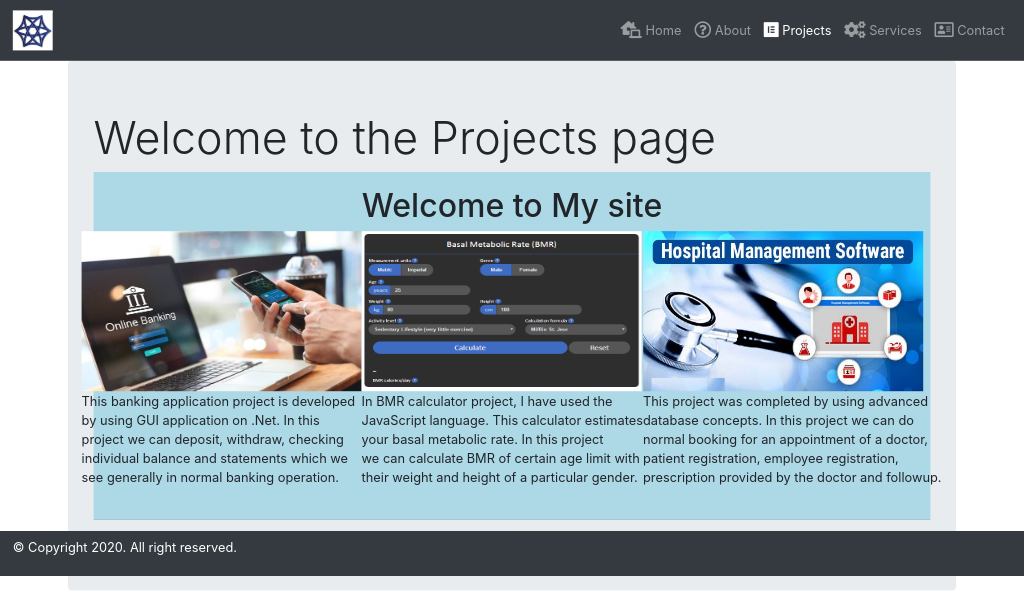
Repository: laxmangothe2020/COMP229Assignment
Page: http://localhost/projects
The author's editor kept a copy of each file at every save. The page is drawn from the files as they stood at one save, then again after the next save.
The browser window is 1280 px wide. The pictures show the whole page, at 80% of full size.
The page is served by the project's Node server (server.js). Other server files are loaded and not shown.

Above is the page before, as saved 2021-02-11 20:58:38.

### views/index.ejs

<%- include partials/header.ejs %>

   <%- include partials/main_nav.ejs %>

      <!-- Main Contain -->
   <main class="container">
    <div class="jumbotron">
    <h1 class="display-4"> Welcome to the <%= title %> page </h1>
    <!--Using Switch case all infornation passed through here-->
      <% switch (title) {
        case 'Home' : %>
        <%- include partials/home.ejs %>
                <% break;

        case 'About' : %>
        <%- include partials/about.ejs %>
                <% break;

        case 'Projects' : %>
        <%- include partials/projects.ejs %>
                <% break;

        case 'Services' : %>
        <%- include partials/services.ejs %>
                <% break;

        case 'Contact' : %>
        <%- include partials/contact.ejs %>
              <% break;
       } %>
      <hr class="my-4">
    </div>
  </main>

   <%- include partials/bottom_nav.ejs %>


    <%- include partials/footer.ejs %>

### views/partials/header.ejs

<!DOCTYPE html>
<html lang="en">
  <head>
   <meta charset="UTF-8">
   <meta name="viewport" content="with=device-width, initial-scale=1.0">
    <title><%= title %></title>

  <!-- CSS Section-->
  <link rel="stylesheet" href="/bootstrap/dist/css/bootstrap.min.css">
  <link rel="stylesheet" href="/@fortawesome/fontawesome-free/css/all.min.css">
  <link rel='stylesheet' href='/Content/app.css'/>

</head>
<body>

### views/partials/main_nav.ejs
<!-- Main Navigation -->
   <nav class="navbar navbar-expand-lg navbar-dark bg-dark">
      <a class="navbar-brand" href="/"><img src="./Assets/images/hexagon.jpg" alt="Hexagon picture" width="50" height="50"></a>
      <button class="navbar-toggler" type="button" data-toggle="collapse" data-target="#navbarSupportedContent" aria-controls="navbarSupportedContent" aria-expanded="false" aria-label="Toggle navigation">
       <span class="navbar-toggler-icon"></span>
     </button>

     <div class="collapse navbar-collapse" id="navbarSupportedContent">
        <ul class="navbar-nav ml-auto">

          <% if (title == "Home") { %>
        <li class="nav-item active">
        <% } else { %>
        <li class="nav-item">
        <% } %>
          <a class="nav-link" href="/home"><i class="fas fa-lg fa-laptop-house"></i> Home </a>
        </li>

        <% if (title == "About") { %>
          <li class="nav-item active">
          <% } else { %>
          <li class="nav-item">
          <% } %>
        <a class="nav-link" href="/about"><i class="far fa-lg fa-question-circle"></i> About </a>
        </li>

        <% if (title == "Projects") { %>
          <li class="nav-item active">
          <% } else { %>
          <li class="nav-item">
          <% } %>
        <a class="nav-link" href="/projects"><i class="fab fa-lg fa-elementor"></i> Projects </a>
        </li>

        <% if (title == "Services") { %>
          <li class="nav-item active">
          <% } else { %>
          <li class="nav-item">
          <% } %>
        <a class="nav-link" href="/services"><i class="fas fa-lg fa-cogs"></i> Services </a>
        </li>

        <% if (title == "Contact") { %>
          <li class="nav-item active">
          <% } else { %>
          <li class="nav-item">
          <% } %>
        <a class="nav-link" href="/contact"><i class="far fa-lg fa-address-card"></i> Contact </a>

        </li>

      </div>
    </nav>

### views/partials/home.ejs
<body>
   <div style="background-color: lightblue;margin-bottom: 10px">
                    <h3 style="padding-left: 40px;padding-top:10px;color: #AA7439"><h1 style="text-align:center;">Welcome to My site</h1>
                    <div style="width: 100%;height:100%;background-color:lightblue;">
                        <img src="./Assets/images/homeimg.png" alt="3D Picture" width="450" style="float: right;margin-left: 20px;margin-right:20px;">
                       <p style="padding-left:15px; padding-right: 10px; color:#696969;margin:20px;text-align: justify;line-height:1.7;padding-bottom: 20px;">
                           Your new MyWebsite Now is here! Let's build and publish your website together. We developed this series of help articles to introduce you to the basic functions of web design with your MyWebsite Now.Our industry software experts have years of experience building business automation web solutions for a number of verticals. We use custom APIs and our mastery of web services to build web-based automation services for applications like inventory control, digital marketing and customer relationship management.
                           <br> <br><b> MISSION STATEMENT </b><br><br>
                            My mission is to have a successful careers in software engineering and graduate education with a thorough understanding of software engineering and experiential learning opportunities to apply that knowledge to solve real-world problems.
                             </p>
                    </div>
                    </div>
        <p>
         <h5 style="text-align:center;"><a href="/about"> About Page</a></h5>
        </p>
         <div >
                <div class="social" style="float:left;clear:none;float: right;">

                   <img src="./Assets/images/fbcolor.png">

                   <img src="./Assets/images/InstaColor.png">

                    <img src="./Assets/images/twitterColor.png">
                    <img src="./Assets/images/gPlusColor.png">
               </div>
            </div>

</body>

### views/partials/about.ejs

         <div id="contentEditable">


                    <div style="background-color: lightblue;">
                        <h3 style="padding-left: 40px;padding-top:20px;color: #AA7439"><h3 style="text-align:center;"> About Me </h3>
                        <div style="width: 100%;height:100%;background-color:lightblue;">
                            <img src="./Assets/images/laxman.jpeg" alt="Security for Life" width="300" style="float: right;margin-left: 30px;margin-right:30px">
                           <p style="padding-left:15px; padding-right: 10px; color:#696969;margin:20px;text-align: justify;line-height:1.7;padding-bottom: 20px;">
                             Hello, my name is Laxman Gothe. Currently, I am a student of Software Engineering Technology in the 3rd semester. I am from Nepal. I believe that learning never ends. I love hiking, rafting, and traveling to new places in my free time.
                             <br>
                             <br>
                             Regarding to my education, I had completed a bachlor's degree in Electronics and Communication Engineering fro Tribhuvan University, Nepal.
                             <br>
                             <br>
                             I had enrolled in Software Engineering Technology at Centennial College to a software developer and currently I am enrolled in 3rd semester. Software technology is my first subject that I am taking in Canada and I am enjoying it as it is my part of interest too.
                             <br>
                             <br>
                             Thank You
                             <br>
                             <br>
                             With Regards
                             <br>
                             <br>
                             Laxman Gothe
                             <br>
                             <br>
                             301102988

                           </p>
                       </div>


                    </div>
        </div>
<p>
<h5 style="text-align:center;"><a href="/public/PDF/resume.pdf"> Resume </a></h5>
</p>

### views/partials/projects.ejs
<body>
 <div style="background-color: lightblue;margin-bottom: 15px">
     <h3 style="padding-left: 40px;padding-top:10px;color: #AA7439">
        <h1 style="text-align:center;">Welcome to My site</h1> <div style="width: 100%;height:100%;background-color:lightblue;"></div>
          <div id="contentEditable">
            <div class="row">
             <div class="column">
              <img src="./Assets/images/banking.jpg" width="350" height="200">
              <p> This banking application project is developed<br>
                 by using GUI application on .Net. In this  <br>
                 project we can deposit, withdraw, checking<br>
                 individual balance and statements which we <br>
                 see generally in normal banking operation.</p>
            </div>


           <div class="column">
             <img src="./Assets/images/bmr.png" width="350" height="200" >
              <p> In BMR calculator project, I have used the<br>
                  JavaScript language. This calculator estimates <br>
                  your basal metabolic rate. In this project <br>
                  we can calculate BMR of certain age limit with <br>
                  their weight and height of a particular gender.</p>
           </div>
           <div class="column">
               <img src="./Assets/images/hospital.jpg" width="350" height="200" >
               <p> This project was completed by using advanced<br>
                   database concepts. In this project we can do <br>
                   normal booking for an appointment of a doctor,<br>
                   patient registration, employee registration,<br>
                   prescription provided by the doctor and followup.</p>
           </div>
      </div>
  </div>
 </body>

### views/partials/services.ejs


<div class="row">
    <div class="column">
        <img src="./Assets/images/mobile.jpg" width="350" height="250" >
    </div>
    <div class="column">
        <img src="./Assets/images/game.jpg" width="350" height="250" >
    </div>
    <div class="column">
        <img src="./Assets/images/quality.jpg" width="350" height="250" >
    </div>
    <br><p><b>Services we provides are:</b></p><br>
    <br><ul style="list-style-image:url(images/bullet.png);">
    <li>Mobile Development  📱</li>
    <li>Game Development  🎮</li>
    <li>Quality Assurance  🎖️</li>
    <li>Website Design  🌐</li>
    <li>Technical Support  ♻️</li>
    </ul>
</div>

### views/partials/contact.ejs
<body>
 <div style="background-color: lightblue;margin-bottom: 10px">
  <h3 style="padding-left: 40px;padding-top:10px;color: #AA7439"><h1 style="text-align:center;">Welcome to My site</h1>
   <div style="width: 100%;height:100%;background-color:lightblue;">
      <div class="container">
       <h5 class="display-5">Please Fillup the following details</h5>
         <div id="errorMessage" class="alert alert-danger" role="alert" hidden>
       </div>

     <form id="conactForm">
      <div class="form-group">
        <label for="firstName">First Name</label>
        <input type="text" class="form-control" id="firstName" name="firstName" aria-describedby="firstName"
        placeholder="Enter First Name" required autofocus>
      </div>

      <div class="form-group">
        <label for="lastName">Last Name</label>
        <input type="text" class="form-control" id="lastName" name="lastName" aria-describedby="lastName"
        placeholder="Enter Last Name" required>
      </div>

      <div class="form-group">
        <label for="contactNumber">Contact Number</label>
        <input type="tel" class="form-control" id="contactNumber" name="contactNumber" aria-describedby="contactNumber"
        placeholder="Enter Contact Number" required>
      </div>

      <div class="form-group">
        <label for="emailAddress">Email address</label>
        <input type="email" class="form-control" id="emailAddress" name="emailAddress" aria-describedby="emailAddress"
        placeholder="Enter Email" required>
      </div>

      <div class="form-group">
        <label for="shortMessage">Your Message</label>
        <textarea class="form-control" id="shortMessage"  name="shortMessage" rows="3" aria-describedby="shortMessage" placeholder="--If you have Short message, please write here--" required></textarea></textarea>
      </div>

      <button type="button" class="btn btn-outline-success">Submit</button></a>
      <!--<button id="submitButton" type="submit" class="btn btn-primary btn-lg"><i class="fas fa-share-square"></i> Send</button> -->
      <button type="button" class="btn btn-outline-danger">Cancel</button>
     </form>
     </div>
    </div>
   </div>
   </body>

### views/partials/bottom_nav.ejs
<!-- Bottom Nav -->

    <footer>

       <nav class="navbar fixed-bottom navbar-dark bg-dark">
           <p style="color:white;">&copy; Copyright 2020. All right reserved.</p>
       </nav>

    </footer>

### views/partials/footer.ejs
<!-- Script Section-->
    <script src="/jquery/dist/jquery.min.js"></script>
    <script src="/bootstrap/dist/js/bootstrap.min.js"></script>
    <script src="/Scripts/app.js"></script>
 </body>
</html>

### server.js
#!/usr/bin/env node

/**
 * Module dependencies.
 */

let app = require('./app');
let debug = require('debug')('week4:server');
let http = require('http');

/**
 * Get port from environment and store in Express.
 */

let port = normalizePort(process.env.PORT || '3000');
app.set('port', port);

/**
 * Create HTTP server.
 */

let server = http.createServer(app);

/**
 * Listen on provided port, on all network interfaces.
 */

server.listen(port);
server.on('error', onError);
server.on('listening', onListening);

/**
 * Normalize a port into a number, string, or false.
 */

function normalizePort(val) {
  let port = parseInt(val, 10);

  if (isNaN(port)) {
    // named pipe
    return val;
  }

  if (port >= 0) {
    // port number
    return port;
  }

  return false;
}

/**
 * Event listener for HTTP server "error" event.
 */

function onError(error) {
  if (error.syscall !== 'listen') {
    throw error;
  }

  let bind = typeof port === 'string'
    ? 'Pipe ' + port
    : 'Port ' + port;

  // handle specific listen errors with friendly messages
  switch (error.code) {
    case 'EACCES':
      console.error(bind + ' requires elevated privileges');
      process.exit(1);
      break;
    case 'EADDRINUSE':
      console.error(bind + ' is already in use');
      process.exit(1);
      break;
    default:
      throw error;
  }
}

/**
 * Event listener for HTTP server "listening" event.
 */

function onListening() {
  let addr = server.address();
  let bind = typeof addr === 'string'
    ? 'pipe ' + addr
    : 'port ' + addr.port;
  debug('Listening on ' + bind);
}

### routes/index.js
var express = require('express');
var router = express.Router();

/* GET home page. */
router.get('/', function(req, res, next) {
  res.render('index', { title: 'Home'});
});

/* GET home page. */
router.get('/home', function(req, res, next) {
  res.render('index', { title: 'Home'});
});

/* GET About page. */
router.get('/about', function(req, res, next) {
  res.render('index', { title: 'About'});
});

/* GET Products page. */
router.get('/projects', function(req, res, next) {
  res.render('index', { title: 'Projects'});
});

/* GET Services page. */
router.get('/services', function(req, res, next) {
  res.render('index', { title: 'Services'});
});


/* GET Contact us page. */
router.get('/contact', function(req, res, next) {
  res.render('index', { title: 'Contact'});
});

module.exports = router;

### app.js
//installed third party packages
let createError = require('http-errors');
let express = require('express');
let path = require('path');
let cookieParser = require('cookie-parser');
let logger = require('morgan');

let indexRouter = require('./routes/index');
let usersRouter = require('./routes/users');

let app = express();

// view engine setup
app.set('views', path.join(__dirname, 'views'));
app.set('view engine', 'ejs');

app.use(logger('dev'));
app.use(express.json());
app.use(express.urlencoded({ extended: false }));
app.use(cookieParser());
app.use(express.static(path.join(__dirname, 'public')));
app.use(express.static(path.join(__dirname, 'node_modules')));

app.use('/', indexRouter);
app.use('/users', usersRouter);
app.use('/public/images', express.static('./public/images') ) ;
app.use('/public/PDF', express.static('./public/PDF'));
app.use('/views/partials', express.static('./views/partials'));


// catch 404 and forward to error handler
app.use(function(req, res, next) {
  next(createError(404));
});

// error handler
app.use(function(err, req, res, next) {
  // set locals, only providing error in development
  res.locals.message = err.message;
  res.locals.error = req.app.get('env') === 'development' ? err : {};

  // render the error page
  res.status(err.status || 500);
  res.render('error');
  res.render('error', {title: 'Error'});
});

module.exports = app;

### public/Content/app.css
/* Custom CSS goes here */

### public/Scripts/app.js
// IIFE
(function(){
    function start()
    {
        console.log("App started...")
    }
    window.addEventListener("load", start);

})();

After the next save:
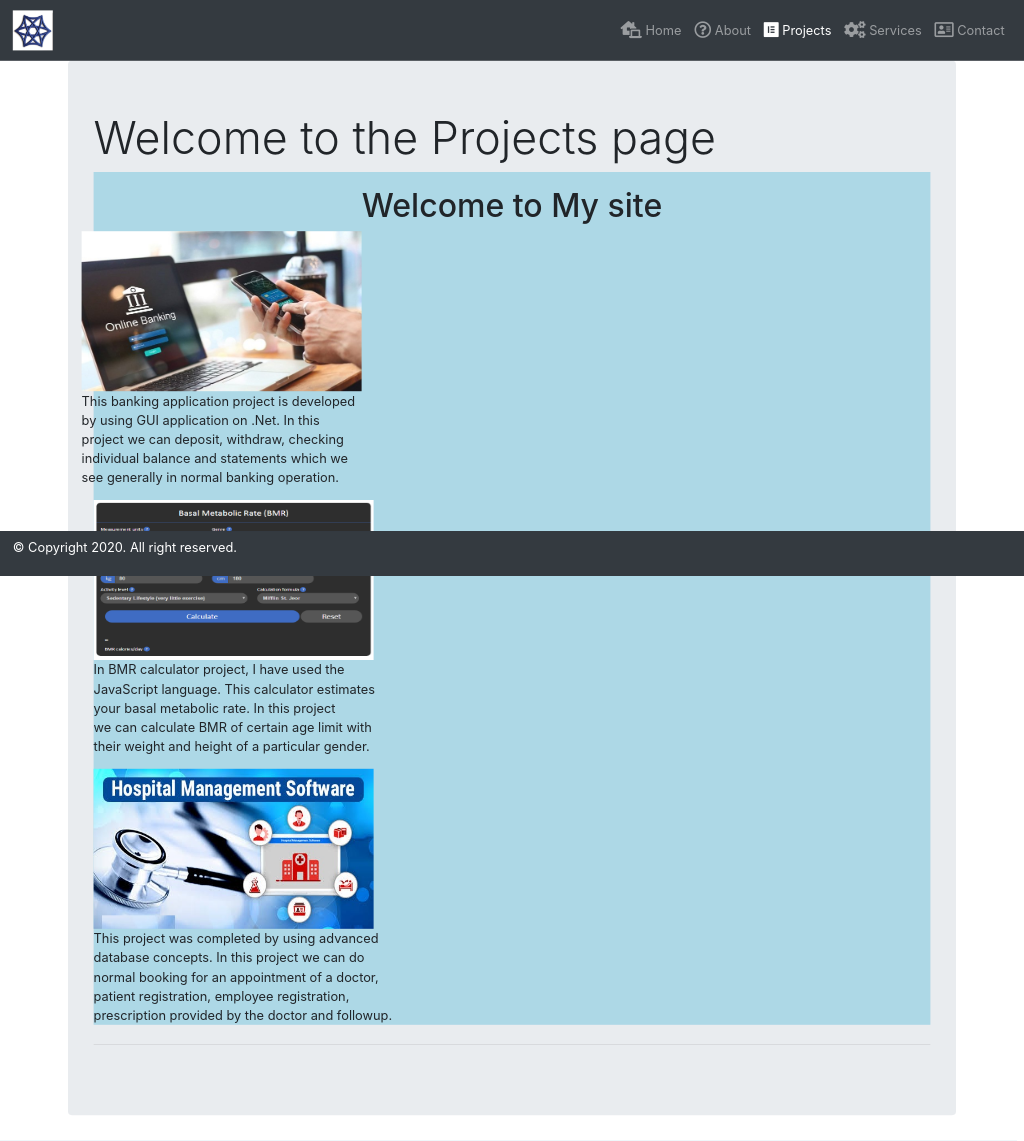
Saved 111 s later.
--- a/views/partials/projects.ejs
+++ b/views/partials/projects.ejs
@@ -1,7 +1,8 @@
 <body>
  <div style="background-color: lightblue;margin-bottom: 15px">
      <h3 style="padding-left: 40px;padding-top:10px;color: #AA7439">
-        <h1 style="text-align:center;">Welcome to My site</h1> <div style="width: 100%;height:100%;background-color:lightblue;"></div>
+        <h1 style="text-align:center;">Welcome to My site</h1>
+        <div style="width: 100%;height:100%;background-color:lightblue;"></div>
           <div id="contentEditable">
             <div class="row">
              <div class="column">
@@ -12,7 +13,7 @@
                  individual balance and statements which we <br>
                  see generally in normal banking operation.</p>
             </div>
-
+        </div>
 
            <div class="column">
              <img src="./Assets/images/bmr.png" width="350" height="200" >
